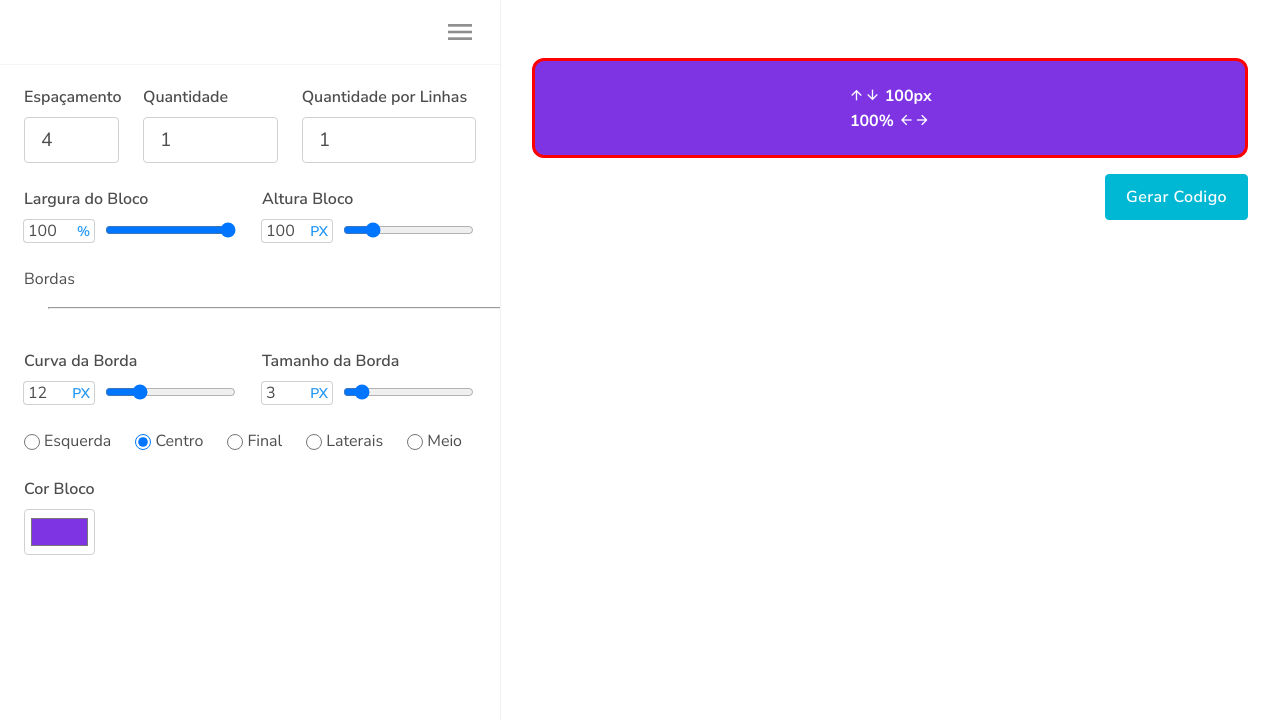
Repository: Flintdl/lowcode-elements
Page: /
The author's editor kept a copy of each file at every save. The page is drawn from the files as they stood at one save, then again after the next save.
The browser window is 1280 px wide. The pictures show the whole page.
The project was rebuilt for these pictures with package versions that can differ from the ones it lists, and the page was loaded fresh each time. Also part of the build but not shown: vue.config.js.

Above is the page before, as saved 2022-04-05 14:47:51.

After the next save:
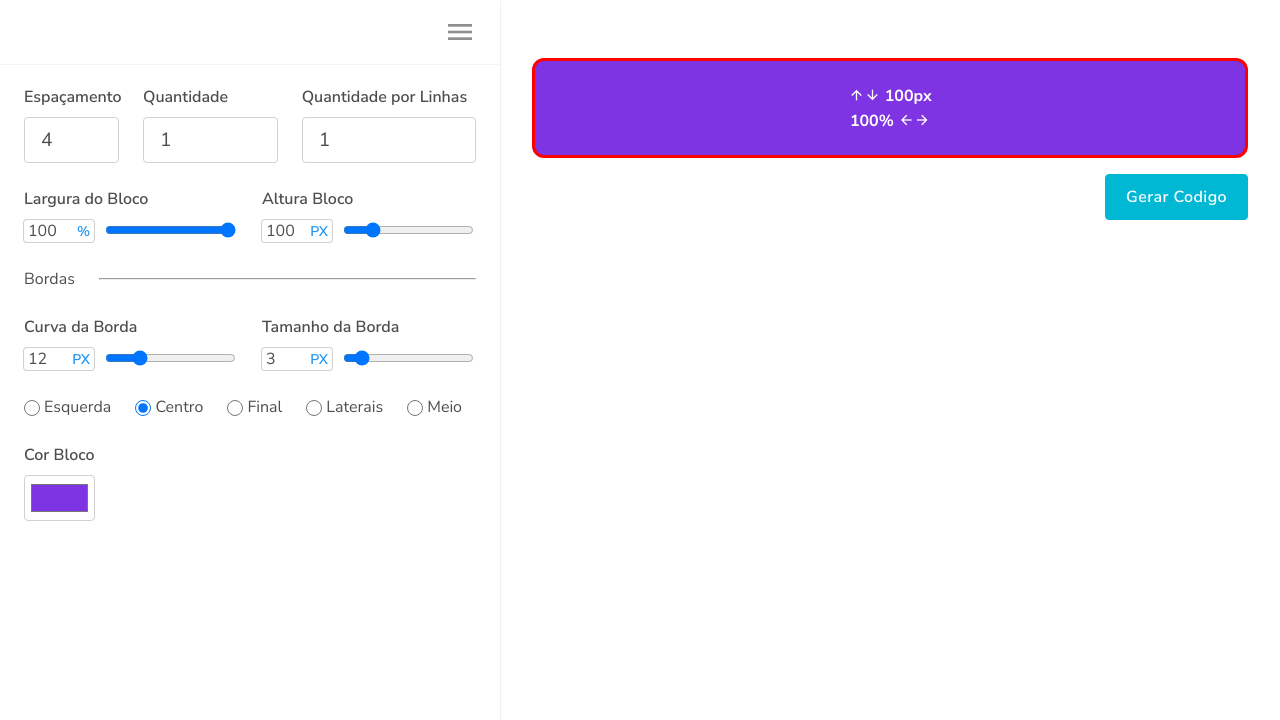
Saved 40 s later.
--- a/src/components/Menu/MenuTemplate.vue
+++ b/src/components/Menu/MenuTemplate.vue
@@ -44,10 +44,10 @@
             </div>
             <div class="sf-row">
               <div class="sf-col-12 sf-form-group">
-                <p class="sf-display-flex sf-align-items-center">
+                <span class="sf-display-flex sf-align-items-center">
                   Bordas
                   <hr class="sf-width-100 sf-ml-4" />
-                </p>
+                </span>
               </div>
               <InputBorderRadiusBloco
                 :valorInput="inputBorderRadius"
